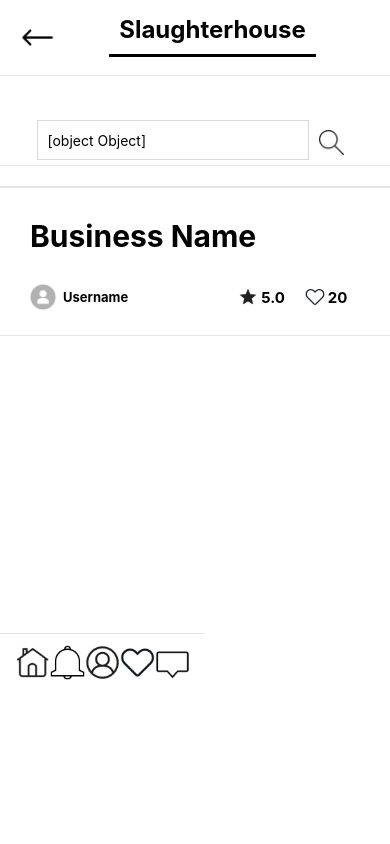
Repository: Evelyn-ZYW/FarmilyFrontEnd
Screen: / (app in react_native_app/MyApp/)
An editor plug-in stored every save of this project. The screen is shown before and after the next save, followed by the edit.
Pictures or frames that could not be fetched are drawn as grey boxes. The app was drawn by React Native's web renderer in a window 390 px wide. The project was rebuilt for these pictures with package versions that can differ from the ones it lists, and the page was loaded fresh each time. Also part of the build but not shown: react_native_app/MyApp/storybook/stories/CenterView/style.js, react_native_app/MyApp/comps/ForumPost/index.js, react_native_app/MyApp/pages/ForumBoard/index.js, react_native_app/MyApp/comps/MsgBox/index.js, react_native_app/MyApp/pages/MessageMain/index.js, react_native_app/MyApp/comps/TradePost/index.js, react_native_app/MyApp/pages/MpBoard/index.js, react_native_app/MyApp/comps/ShListing/index.js and 43 more.

Above is the screen before, as saved 2020-11-15 18:36:04.

After the next save:
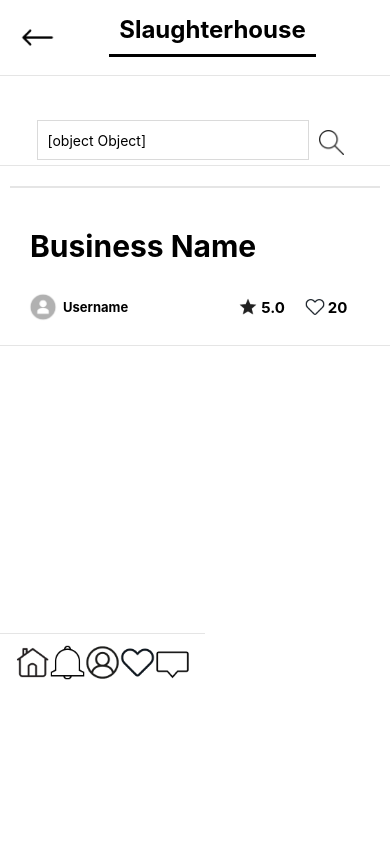
Saved 54 s later.
--- a/react_native_app/MyApp/comps/MapCont/index.js
+++ b/react_native_app/MyApp/comps/MapCont/index.js
@@ -17,7 +17,7 @@ const styles = StyleSheet.create({
     flex:1,
     borderColor:"#E5E5E5",
     borderWidth:1.5,
-    marginTop: 10
+    margin: 10
   }
 });
 
